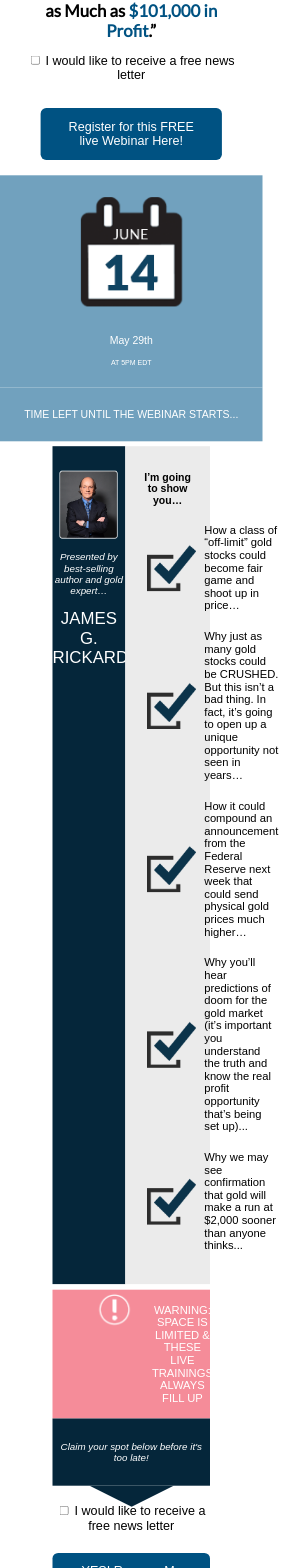
Repository: KrystellBarraza/Test
Page: index.html
An editor plug-in stored every save of this project. The page is shown before and after the next save, followed by the edit.
The browser window is 375 px wide. The page is 409 px wide, so the pictures cover 409 px, including what lies to the right of the window. The pictures show the part of the page from y = 439 to 2679 px (the page is 2767 px tall before and 2771 px after), at 70% of full size.

Above is the page before, as saved 2019-10-07 10:52:56.

After the next save:
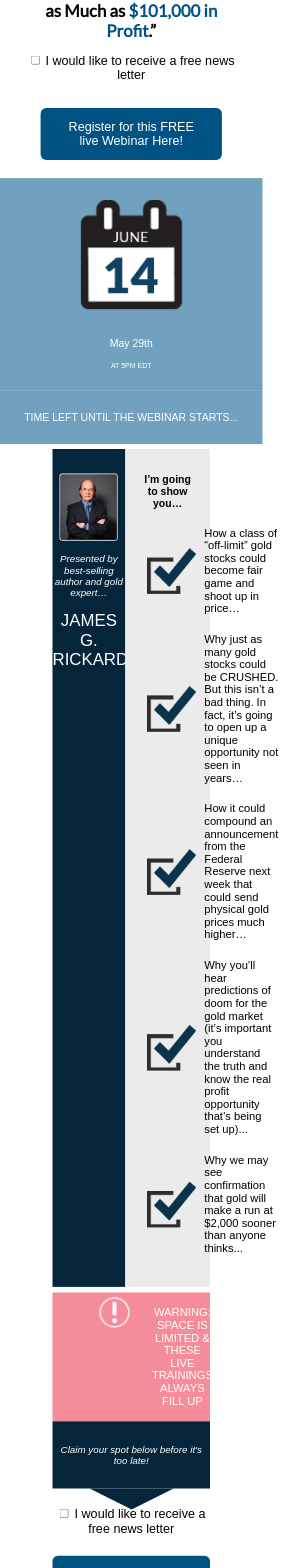
Saved 12 s later.
--- a/style.css
+++ b/style.css
@@ -158,7 +158,7 @@
         grid-column-gap: 20px;
         padding-left: 0%;
         padding-right: 0%;
-        padding-top: 6%;
+        padding-top: 7%;
         grid-template-areas:
         "l l l l l l l l l l l l"
         "l l l l l l l l l l l l"
